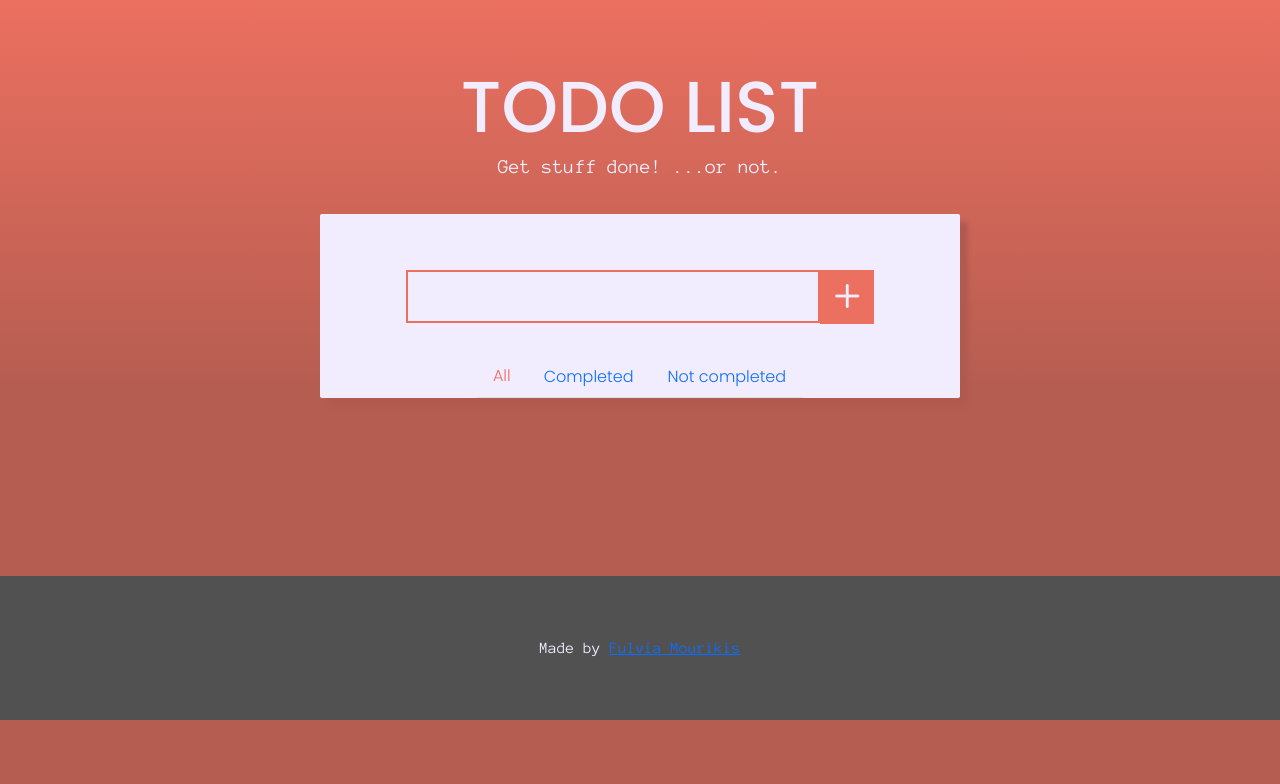
Repository: zum281/todo-list
Page: index.html
These files come from the project's save history. The page is drawn as it stood at one moment and after the next save; the edit follows.
The browser window is 1280 px wide. The pictures show the whole page.
Some web libraries are served in a nearby version. The style sheet was rebuilt from its Sass, Less or Tailwind sources for each picture, by a compiler version that may differ from the author's.

Above is the page before, as saved 2021-03-07 15:32:16.

### index.html
<!DOCTYPE html>
<html lang="en">

    <head>
        <meta charset="UTF-8">
        <meta http-equiv="X-UA-Compatible" content="IE=edge">
        <meta name="viewport" content="width=device-width, initial-scale=1.0">

        <!-- Bootstrap CSS -->
        <link href="https://cdn.jsdelivr.net/npm/bootstrap@5.0.0-beta2/dist/css/bootstrap.min.css" rel="stylesheet"
            integrity="sha384-BmbxuPwQa2lc/FVzBcNJ7UAyJxM6wuqIj61tLrc4wSX0szH/Ev+nYRRuWlolflfl" crossorigin="anonymous">
        <!-- Option 1: Bootstrap Bundle with Popper -->
        <script src="https://cdn.jsdelivr.net/npm/bootstrap@5.0.0-beta2/dist/js/bootstrap.bundle.min.js"
            integrity="sha384-b5kHyXgcpbZJO/tY9Ul7kGkf1S0CWuKcCD38l8YkeH8z8QjE0GmW1gYU5S9FOnJ0" crossorigin="anonymous">
        </script>
        <link rel="stylesheet" href="https://cdn.jsdelivr.net/npm/bootstrap-icons@1.4.0/font/bootstrap-icons.css">
        <!--Jquery-->
        <script src="https://code.jquery.com/jquery-3.6.0.min.js"
            integrity="sha256-/xUj+3OJU5yExlq6GSYGSHk7tPXikynS7ogEvDej/m4=" crossorigin="anonymous"></script>

        <link rel="stylesheet" href="css/main.css">
        <title>Todo List</title>
    </head>

    <body>
        <h1 class="title">TODO LIST</h1>
        <p class="lead">Get stuff done! ...or not.</p>
        <div class="container main">
            <div class="add-todo-box">
                <input type="text" name="add-todo" id="add-todo">
                <div class="icon" id="add-todo-btn"><i class="bi bi-plus"></i></div>
            </div>
            <div class="todo-list-container">
                <ul class="todo-list"></ul>
            </div>
            <div class="tabs">
                <ul class="nav nav-tabs">
                    <li class="nav-item">
                        <span class="nav-link active" id="show-all">All</span>
                    </li>
                    <li class="nav-item">
                        <span class="nav-link" id="show-completed">Completed</span>
                    </li>
                    <li class="nav-item">
                        <span class="nav-link" id="show-not-completed">Not completed</span>
                    </li>
                </ul>
            </div>
        </div>
        <div class="footer container-fluid">
            <p class="footer-text">Made by <a class="footer-link" href="https://www.github.com/zum281">Fulvia
                    Mourikis</a>
            </p>
        </div>
        <script src="js/main.js"></script>
    </body>

</html>

### js/main.js
const add_todo_btn = $("#add-todo-btn");
const add_todo_input = $("#add-todo");
const todo_list_container = $(".todo-list-container");
const todo_list = $(".todo-list");
let todos = [];
let completed_todos = [];
$(document).ready(function () {
    $("#show-all").trigger("click");
    add_todo_btn.click(() => {
        let new_todo = add_todo_input.val();
        if (new_todo != "") {
            todos.push(new_todo);

            todo_list_container.show();
            todo_list.append(`
            <li class="todo-item" data-status="not-completed"><span class="todo-text">${new_todo}</span>
                <div class="icons">
                    <div class="icon done"><i class="bi bi-check"></i></div>
                    <div class="icon remove"><i class="bi bi-x"></i></div>
                </div>
            </li>
            `);

            add_todo_input.val("");
        } else {
            alert("puzzi");
        }
    });

    $("#show-all").click(function () {
        $("#show-all").addClass("active");
        $("#show-completed").removeClass("active");
        $("#show-not-completed").removeClass("active");
        todo_list.children().each(function () {
            $(this).show();
        });
    });
    $("#show-completed").click(function () {
        $("#show-all").removeClass("active");
        $("#show-completed").addClass("active");
        $("#show-not-completed").removeClass("active");
        todo_list.children().each(function () {
            if ($(this).attr("data-status") == "completed") $(this).show();
            else $(this).hide();
        });
    });

    $("#show-not-completed").click(function () {
        $("#show-all").removeClass("active");
        $("#show-completed").removeClass("active");
        $("#show-not-completed").addClass("active");
        todo_list.children().each(function () {
            if ($(this).attr("data-status") == "not-completed") $(this).show();
            else $(this).hide();
        });
    });

    $(document).on("click", ".done", function () {
        let todo_el = $(this).parents(".todo-item");
        let todo = todo_el.find(".todo-text");
        todo_el.attr("data-status", "completed");
        console.log(todo_el.attr("data-status"));
        let text = todo.html();
        todo.html(text.strike());
        let pos = todos.indexOf(todo);
        let removedItem = todos.splice(pos, 1); // this is how to remove an item
        completed_todos.push(removedItem);

        if ($("#show-not-completed").hasClass("active")) {
            $("#show-not-completed").trigger("click");
        }
    });
    $(document).on("click", ".remove", function () {
        let removedItem;
        let todo_el = $(this).parents(".todo-item");
        let todo = todo_el.find(".todo-text").html();

        if (todos.includes(todo)) {
            let pos = todos.indexOf(todo);
            removedItem = todos.splice(pos, 1); // this is how to remove an item
        } else {
            let pos = completed_todos.indexOf(todo);
            removedItem = completed_todos.splice(pos, 1); // this is how to remove an item
        }
        todo_el.remove();
    });
});

$(document).keyup(function (e) {
    if (e.key == "Enter") {
        add_todo_btn.trigger("click");
    }
});

### sass/main.scss
@import url("https://fonts.googleapis.com/css2?family=Poppins:wght@300;400;500;600;700&display=swap");
@import url("https://fonts.googleapis.com/css2?family=Anonymous+Pro&display=swap");
@import "_variables";
* {
    margin: 0;
    padding: 0;
    box-sizing: border-box;
}

body {
    min-height: 100vh;
    font-weight: 300;
    font-family: "Poppins";

    background: linear-gradient(
        180deg,
        rgba(235, 112, 96, 1) 0%,
        rgba(181, 93, 81, 1) 50%
    );
    color: $text-main;
}

.title {
    // font-family: "Chelsea Market";
    text-align: center;
    font-size: 54pt;
    color: $not-quite-white;
    margin-top: 4rem;
    margin-bottom: 0.1rem;
}
p {
    font-family: "Anonymous Pro", monospace;
    text-align: center;
    color: $not-quite-white;
    margin-bottom: 2rem;
}

.main {
    min-width: 300px;
    display: flex;
    flex-direction: column;
    align-items: center;
    justify-content: space-between;
    margin-top: 1rem;
    padding: 2.5rem 1.5rem;
    padding-bottom: 0;
    max-width: 50%;
    border-radius: 2px;
    background-color: $not-quite-white;
    box-shadow: 8px 8px 4px #b05a4f;
    .add-todo-box {
        width: 100%;
        display: flex;
        align-items: center;
        justify-content: center;

        input {
            background: transparent;
            width: 70%;
            border: none;
            border: 2px solid $primary-orange;
            line-height: 1;
            padding: 0.5rem;
            font-size: 16px;
            color: #333333;
            &:focus {
                outline: none;
            }
        }
        .icon {
            background-color: $primary-orange;
            display: grid;
            place-items: center;
            width: 45px;
            height: 45px;
            color: $not-quite-white;
            cursor: pointer;

            i {
                font-size: 45px;
                line-height: 1;
            }
        }
    }
    .todo-list-container {
        display: none;
        padding: 1rem;
        width: 100%;

        ul {
            padding-left: 0.5rem;

            .todo-item {
                display: flex;
                align-items: center;
                justify-content: space-between;
                font-size: 24px;
                .icons {
                    display: flex;
                    .icon {
                        display: grid;
                        place-items: center;
                        width: 28px;
                        height: 28px;
                        i {
                            font-size: 24px;
                            line-height: 1;
                        }
                    }
                }
            }
        }
    }

    .tabs {
        margin-top: 2rem;
        margin-bottom: 0;
        .nav {
            justify-content: center;
        }
        .nav-link {
            cursor: pointer;
            transition: none !important;
            background: transparent;
            padding: 0.2rem 2.5rem !important;
            //padding: .5rem 1rem;
        }
        .nav-link.active {
            color: $primary-orange;
            border: none;
        }
        .nav-link:hover {
            border: none;
            color: $primary-orange;
        }
    }
}

.done:hover {
    color: #298920;
}

.remove:hover {
    color: #ea1a0c;
}

@media screen and (min-width: 767px) {
    .main {
        min-width: 600px;
        padding: 3.5rem 1.5rem;
        padding-bottom: 0;

        .add-todo-box {
            input {
                font-size: 22px;
            }
            .icon {
                width: 54px;
                height: 54px;

                i {
                    font-size: 48px;
                }
            }
        }
        .todo-list-container {
            padding: 2.5rem;

            ul {
                padding-left: 1rem;
            }
        }
        .tabs {
            .nav-link {
                padding: 0.5rem 1rem !important;
            }
        }
    }
}

.footer {
    background-color: $text-light;
    position: absolute;

    padding: 4rem;
    right: 0;
    bottom: 0;
    left: 0;
    line-height: 1;
    p {
        margin-bottom: 0;
    }
}

### sass/_variables.scss
$primary-orange: #eb7060;
$dark-orange: #b55d51;
$text-main: #383837;
$text-light: #525151;
$not-quite-white: #f1edff;

After the next save:
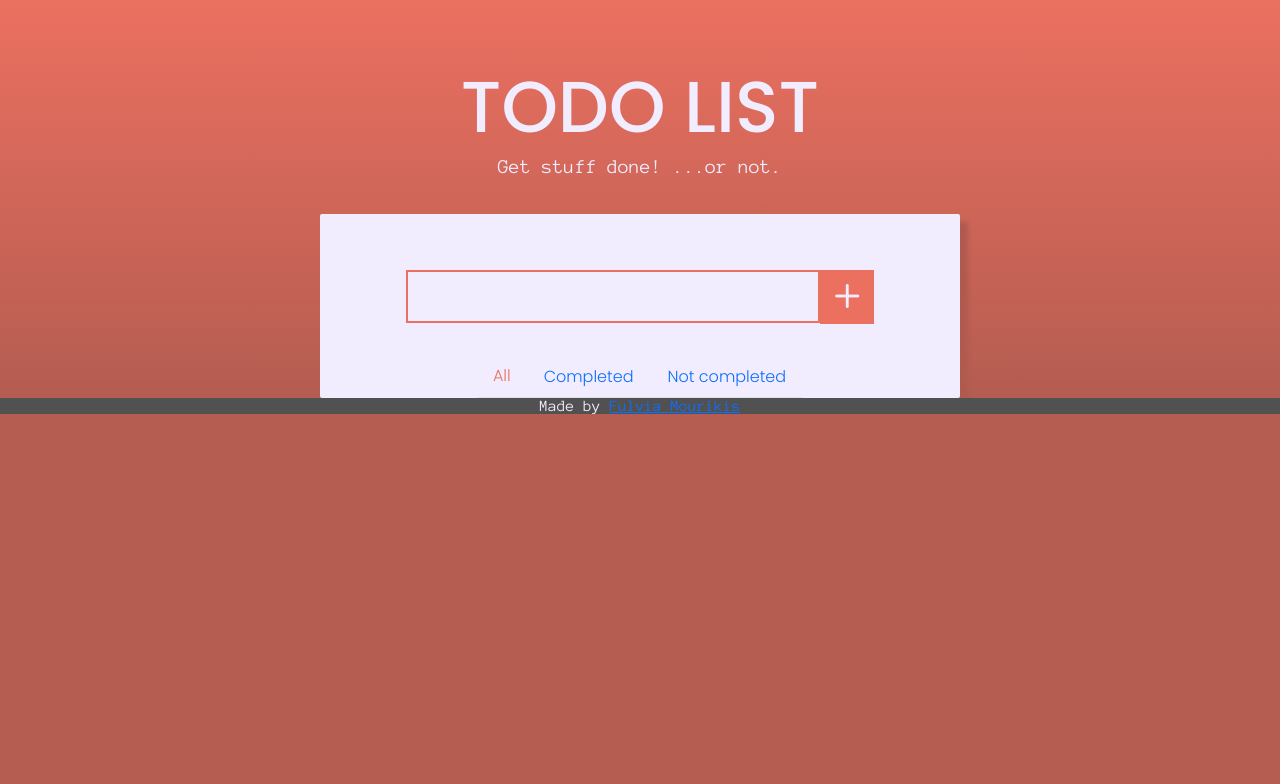
Saved 4 s later.
--- a/sass/main.scss
+++ b/sass/main.scss
@@ -180,12 +180,7 @@ p {
 
 .footer {
     background-color: $text-light;
-    position: absolute;
 
-    padding: 4rem;
-    right: 0;
-    bottom: 0;
-    left: 0;
     line-height: 1;
     p {
         margin-bottom: 0;
